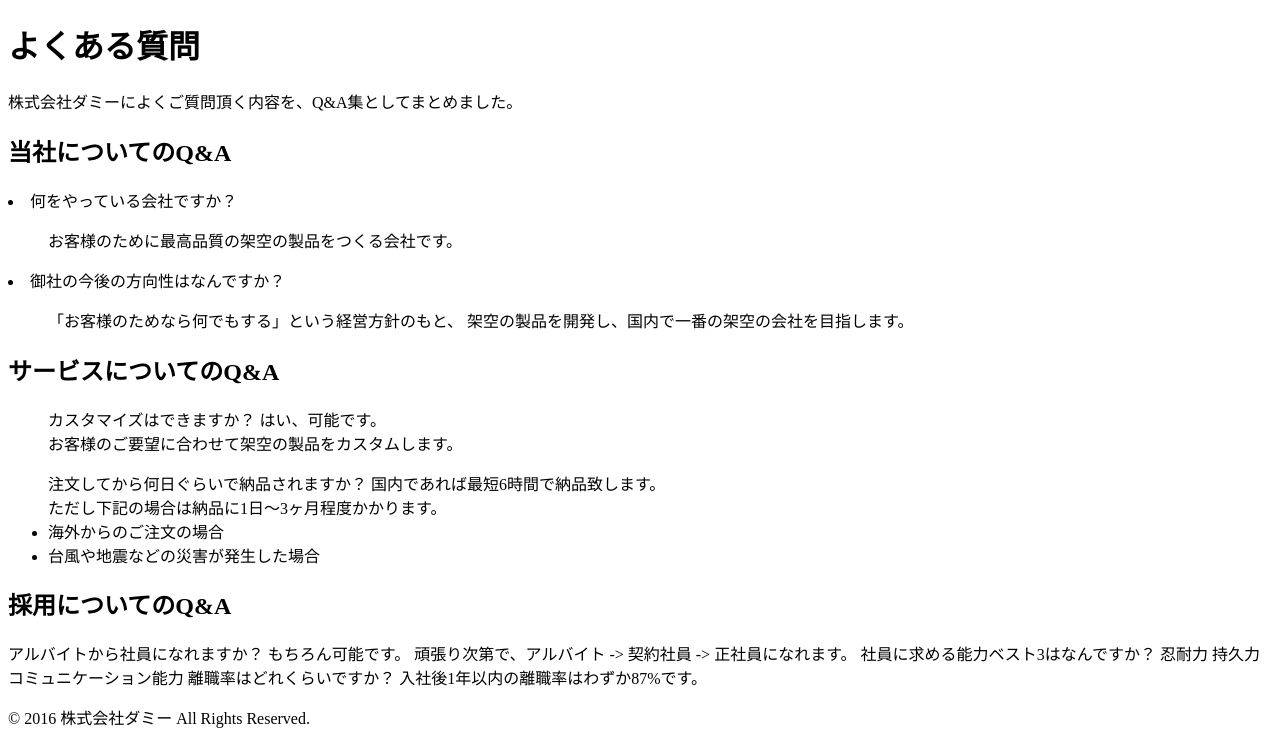
Repository: winc1980/practice-hp2022-wednesday
Page: ruka/practice1.html
An editor plug-in stored every save of this project. The page is shown before and after a run of saves, followed by the edit.
The browser window is 1280 px wide. The pictures show the whole page.

Above is the page before, as saved 2022-05-26 00:01:10.

After the next 6 saves:
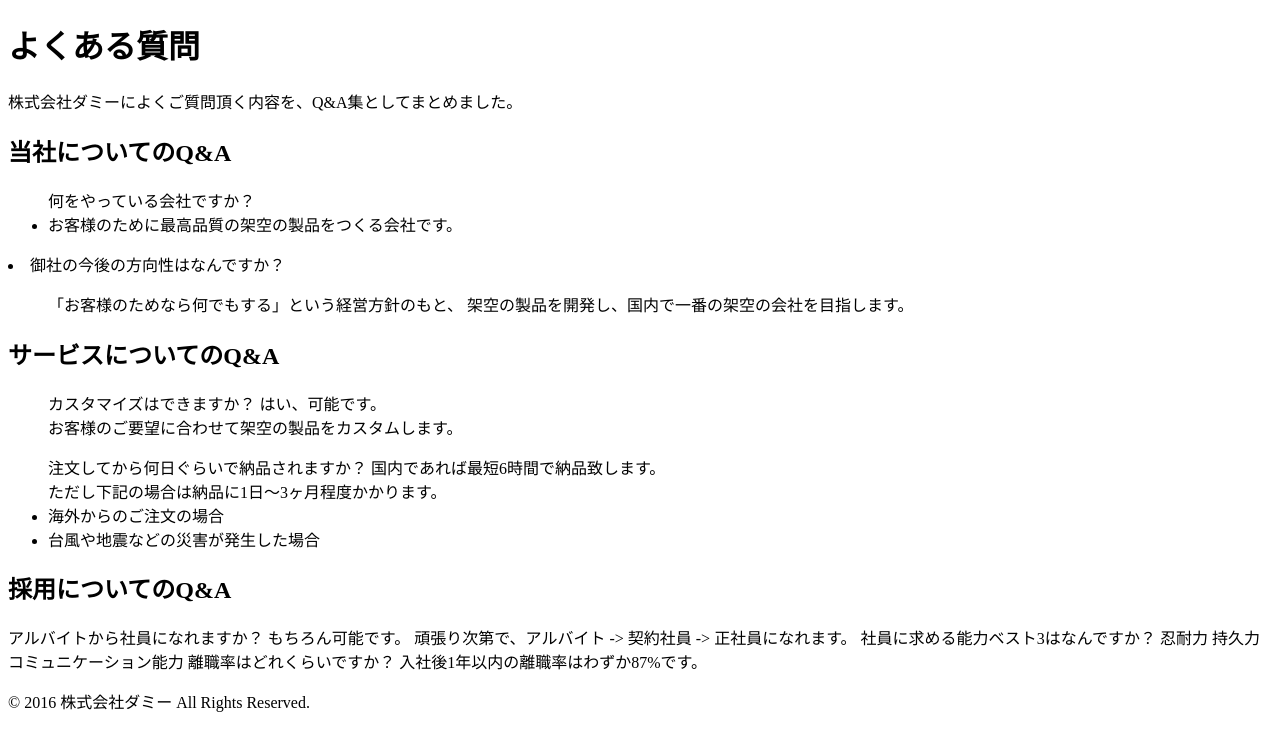
The 6 saves are shown as one change because they came seconds apart.
The last was saved 30 s later.
--- a/ruka/practice1.html
+++ b/ruka/practice1.html
@@ -15,12 +15,12 @@
 
 <h2>当社についてのQ&A</h2>
 
+<ul>
+何をやっている会社ですか？
 <li>
-何をやっている会社ですか？
-<ul>
 お客様のために最高品質の架空の製品をつくる会社です。
+</li>
 </ul>
-</li>
 <li>
 御社の今後の方向性はなんですか？
 <ul>
